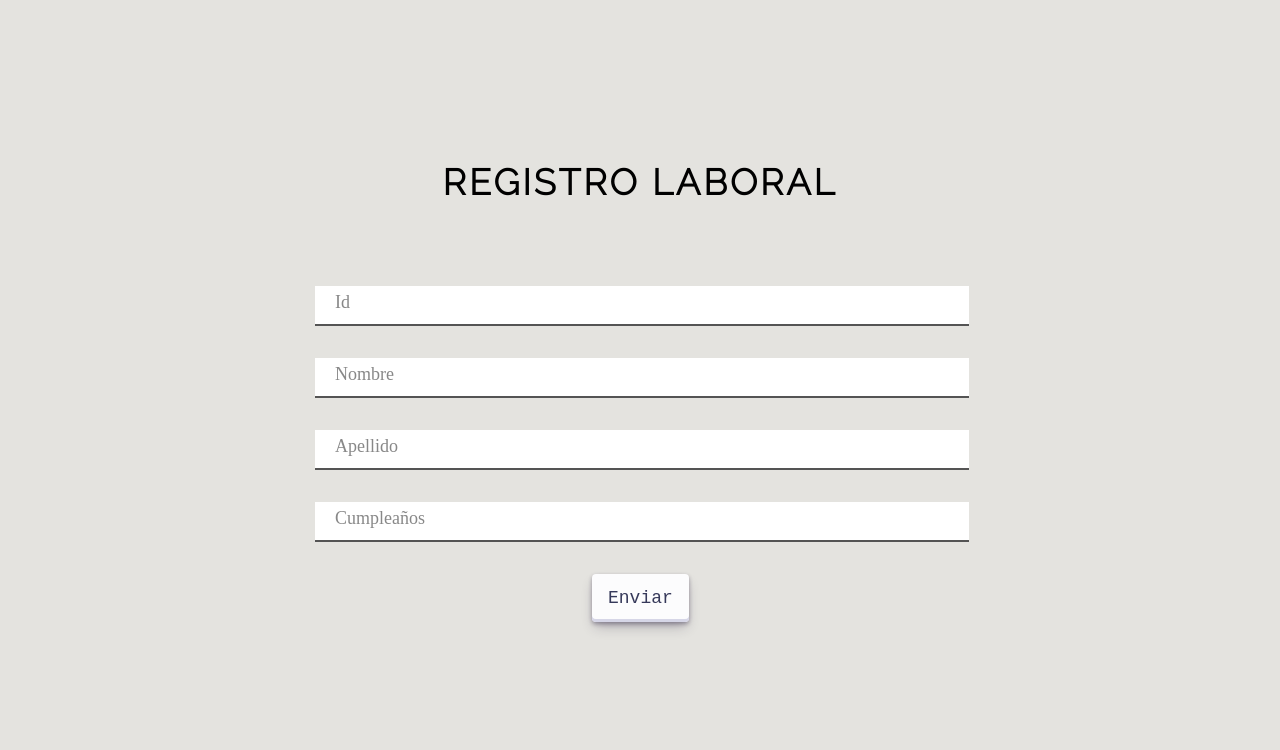
Repository: Alejandr0Aceved0/AWS_SERVICES_AND_INSTANCES
Page: register.html
An editor plug-in stored every save of this project. The page is shown before and after the next save, followed by the edit.
The browser window is 1280 px wide. The pictures show the whole page.
Some web fonts or font styles are not loaded; a fallback is used.

Above is the page before, as saved 2024-10-18 17:04:23.

### register.html
<!DOCTYPE html>
<html>

<head>
   <meta charset='utf-8'>
   <meta http-equiv='X-UA-Compatible' content='IE=edge'>
   <title>Register Page</title>
   <meta name='viewport' content='width=device-width, initial-scale=1'>
   <link rel='stylesheet' type='text/css' media='screen' href='styles/appRegister.css'>
   <script src='appRegister.js'></script>
</head>

<body>

   <section class="get-in-touch">
      <h1 class="title">Registro Laboral</h1>
      <form action="/register_user" method="post" class="contact-form column">
         <div class="form-field col x-50">
            <input id="name" class="input-text js-input" type="text" name="id">
            <label class="label" for="name">Id</label>
         </div>
         <div class="form-field col x-50">
            <input id="email" class="input-text js-input" type="text" name="name" required>
            <label class="label" for="email">Nombre</label>
         </div>
         <div class="form-field col x-100">
            <input id="message" class="input-text js-input" type="text" name="last_name" required>
            <label class="label" for="message">Apellido</label>
         </div>
         <div class="form-field col x-100">
            <input id="message" class="input-text js-input" type="text" name="birthday" required>
            <label class="label" for="message">Cumpleaños</label>
         </div>
         <div class="form-field col x-100 align-center">
            <button class="button-30" type="submit" role="button">Enviar</button>
         </div>
      </form>
   </section>



   <!-- <div class="form-field col x-50">
        <input id="name" class="input-text js-input" type="text" required>
        <label class="label" for="name">Name</label>
     </div>

    <p>
    <h1>Registro de usuario</h1>

    <input type="text" placeholder="Id usuario" class="form-input-text__FormInput-sc-xxedi2-0 form-input-text___StyledFormInput-sc-xxedi2-1 dzARff ldZduL">
    <br>

    <input type="text" placeholder="Nombre" class="form-input-text__FormInput-sc-xxedi2-0 form-input-text___StyledFormInput-sc-xxedi2-1 dzARff ldZduL">
    <br>

    <input type="text" placeholder="Apellido" class="form-input-text__FormInput-sc-xxedi2-0 form-input-text___StyledFormInput-sc-xxedi2-1 dzARff ldZduL">
    <br>

    <input type="text" placeholder="Area laboral" class="form-input-text__FormInput-sc-xxedi2-0 form-input-text___StyledFormInput-sc-xxedi2-1 dzARff ldZduL">
    <br>
    <br>

    <input type="text" placeholder="Click Me!" class="form-input-text__FormInput-sc-xxedi2-0 form-input-text___StyledFormInput-sc-xxedi2-1 dzARff ldZduL">
    <br>

    <button class="button-30" role="button">Registrar</button> -->
</body>

</html>

### styles/appRegister.css
@import url(https://fonts.googleapis.com/css?family=Raleway:300);
@import url(https://fonts.googleapis.com/css?family=Lusitana:400,700);

@mixin clearfix {
    &:after {
        content: "";
        display: table;
        clear: both;
    }
}

.align-center {
    text-align: center;
}


html {
    height: 100%;
}

body {
    height: 100%;
    position: relative;
    background-color: #e4e3df
}

.row {
    @include clearfix;
    margin: -20px 0;

    .col {
        padding: 0 20px;
        float: left;
        box-sizing: border-box;

        &.x-50 {
            width: 50%;
        }

        &.x-100 {
            width: 100%;
        }
    }
}

.content-wrapper {
    min-height: 100%;
    position: relative;
}

.get-in-touch {
    max-width: 650px;
    margin: 0 auto;
    position: relative;
    top: 50%;
    transform: translateY(-50%);

    .title {
        text-align: center;
        font-family: Raleway, sans-serif;
        text-transform: uppercase;
        letter-spacing: 3px;
        font-size: 36px;
        line-height: 48px;
        padding-bottom: 48px;
    }
}

.contact-form {
    .form-field {
        position: relative;
        margin: 32px 0;
    }

    .input-text {
        display: block;
        width: 100%;
        height: 36px;
        border-width: 0 0 2px 0;
        border-color: #000;
        font-family: Lusitana, serif;
        font-size: 18px;
        line-height: 26px;
        font-weight: 400;

        &:focus {
            outline: none;
        }

        &:focus,
        &.not-empty {
            +.label {
                transform: translateY(-24px);
            }
        }
    }

    .label {
        position: absolute;
        left: 20px;
        bottom: 11px;
        font-family: Lusitana, serif;
        font-size: 18px;
        line-height: 26px;
        font-weight: 400;
        color: #888;
        cursor: text;
        transition: transform .2s ease-in-out;
    }

    .submit-btn {
        display: inline-block;
        background-color: #000;
        color: #e4e3df;
        font-family: Raleway, sans-serif;
        text-transform: uppercase;
        letter-spacing: 2px;
        font-size: 16px;
        line-height: 24px;
        padding: 8px 16px;
        border: none;
        cursor: pointer;
    }
}

.note {
    position: absolute;
    left: 0;
    bottom: 10px;
    width: 100%;
    text-align: center;
    font-family: Lusitana, serif;
    font-size: 16px;
    line-height: 21px;

    .link {
        color: #888;
        text-decoration: none;

        &:hover {
            text-decoration: underline;
        }
    }
}


.button-30 {
    align-items: center;
    appearance: none;
    background-color: #FCFCFD;
    border-radius: 4px;
    border-width: 0;
    box-shadow: rgba(45, 35, 66, 0.4) 0 2px 4px, rgba(45, 35, 66, 0.3) 0 7px 13px -3px, #D6D6E7 0 -3px 0 inset;
    box-sizing: border-box;
    color: #36395A;
    cursor: pointer;
    display: inline-flex;
    font-family: "JetBrains Mono", monospace;
    height: 48px;
    justify-content: center;
    line-height: 1;
    list-style: none;
    overflow: hidden;
    padding-left: 16px;
    padding-right: 16px;
    position: relative;
    text-align: left;
    text-decoration: none;
    transition: box-shadow .15s, transform .15s;
    user-select: none;
    -webkit-user-select: none;
    touch-action: manipulation;
    white-space: nowrap;
    will-change: box-shadow, transform;
    font-size: 18px;
}

.button-30:focus {
    box-shadow: #D6D6E7 0 0 0 1.5px inset, rgba(45, 35, 66, 0.4) 0 2px 4px, rgba(45, 35, 66, 0.3) 0 7px 13px -3px, #D6D6E7 0 -3px 0 inset;
}

.button-30:hover {
    box-shadow: rgba(45, 35, 66, 0.4) 0 4px 8px, rgba(45, 35, 66, 0.3) 0 7px 13px -3px, #D6D6E7 0 -3px 0 inset;
    transform: translateY(-2px);
}

.button-30:active {
    box-shadow: #D6D6E7 0 3px 7px inset;
    transform: translateY(2px);
}

Loaded but not shown: appRegister.js (no copy from this time; the picture is the same without it)

After the next save:
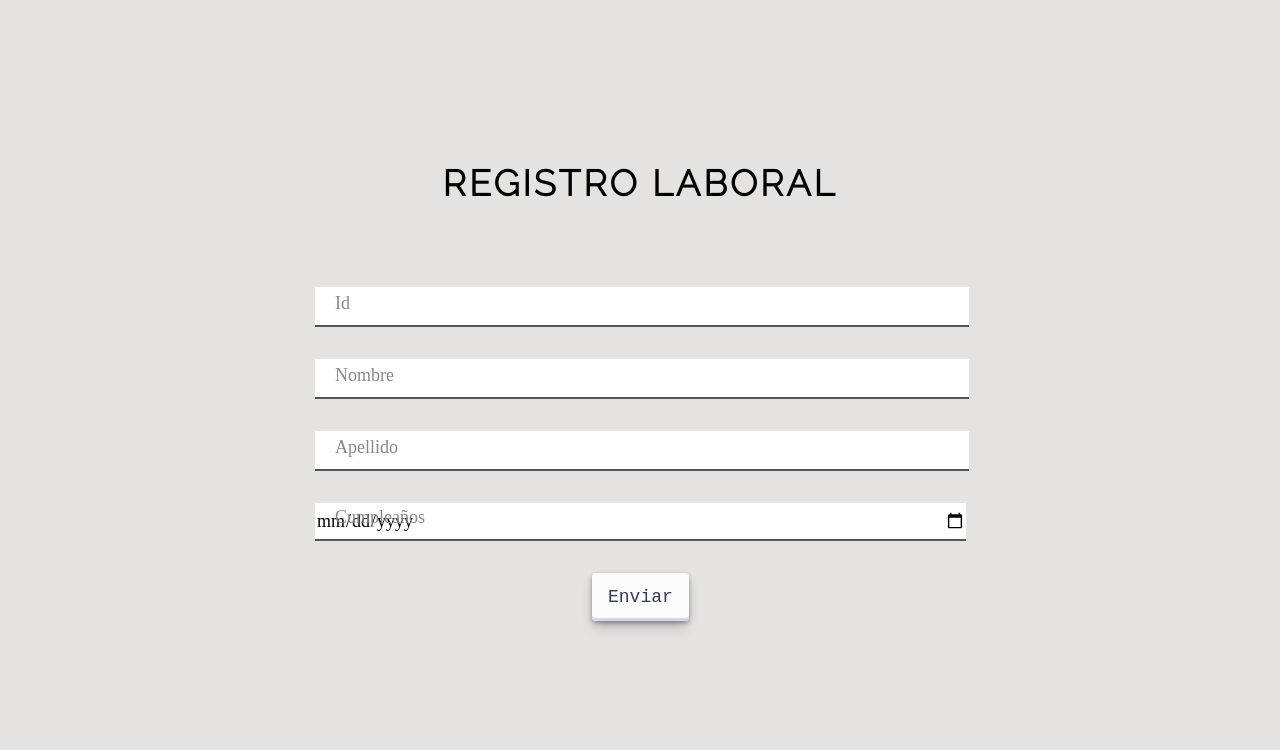
Saved 43 s later.
--- a/register.html
+++ b/register.html
@@ -28,7 +28,7 @@
             <label class="label" for="message">Apellido</label>
          </div>
          <div class="form-field col x-100">
-            <input id="message" class="input-text js-input" type="text" name="birthday" required>
+            <input id="message" class="input-text js-input" type="date" name="birthday" required>
             <label class="label" for="message">Cumpleaños</label>
          </div>
          <div class="form-field col x-100 align-center">
